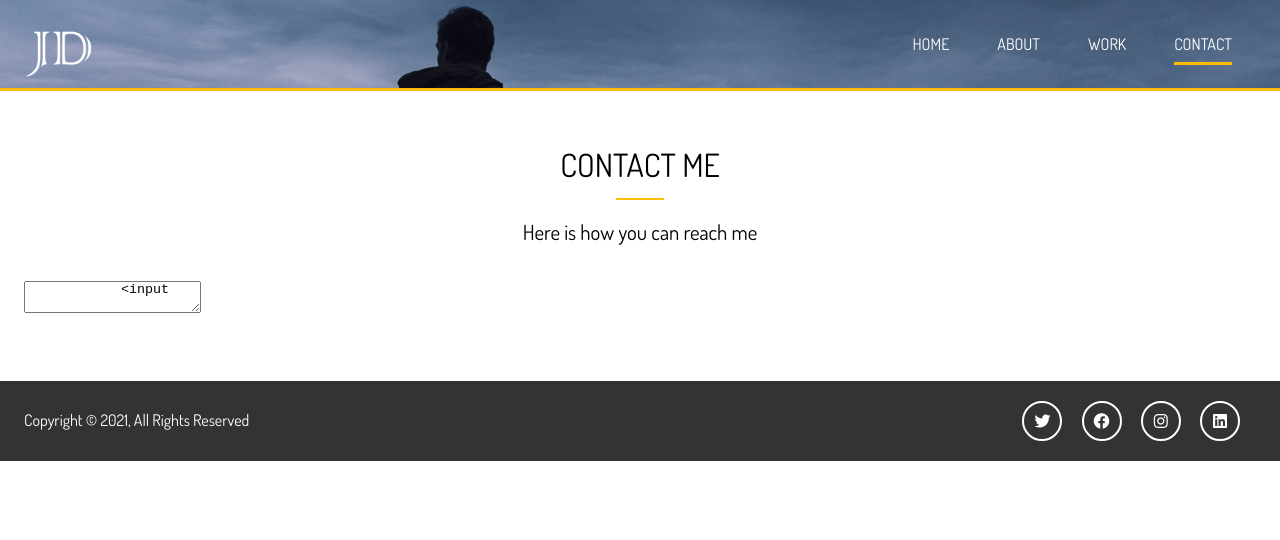
Repository: minhtien9/Portfolio_Website
Page: diet/contact.html
These files come from the project's save history. The page is drawn as it stood at one moment and after the next save; the edit follows.
The browser window is 1280 px wide. The pictures show the whole page.

Above is the page before, as saved 2021-08-29 19:45:24.

After the next save:
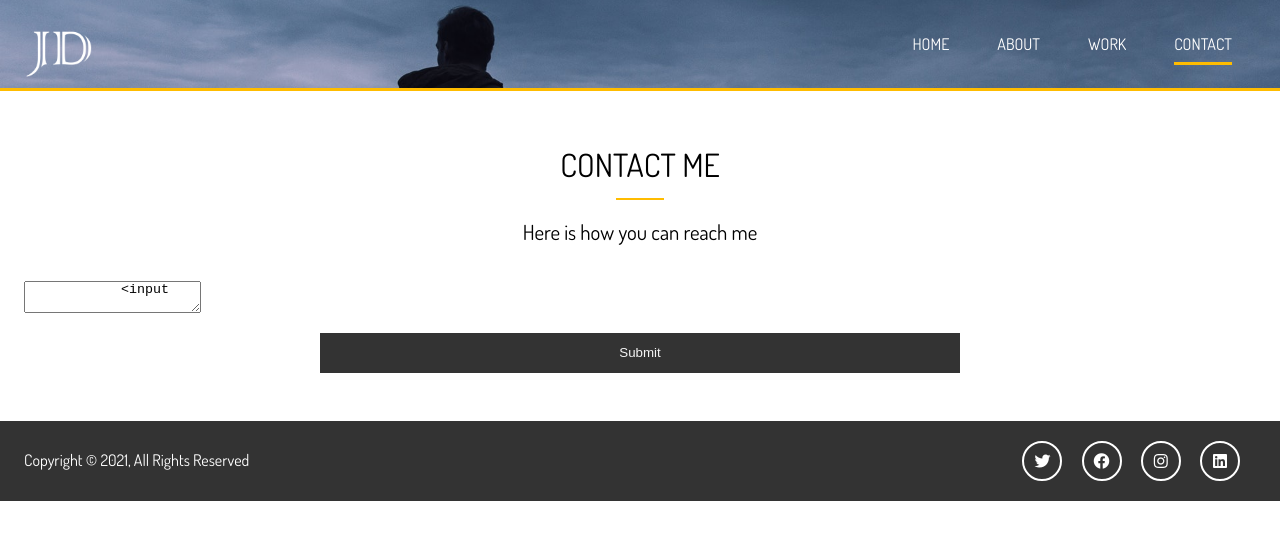
Saved 79 s later.
--- a/diet/contact.html
+++ b/diet/contact.html
@@ -62,8 +62,9 @@
               class="text-input phone-input"
               placeholder="Phone Number"
             />
-            <textarea class="text-input name-input" placeholder="Name" ></textarea>
+            <textarea class="text-input message-input" placeholder="Enter Message"></textarea>
           </div>
+          <button type="submit" class="btn-dark">Submit</button>
         </form>
       </div>
     </section>
